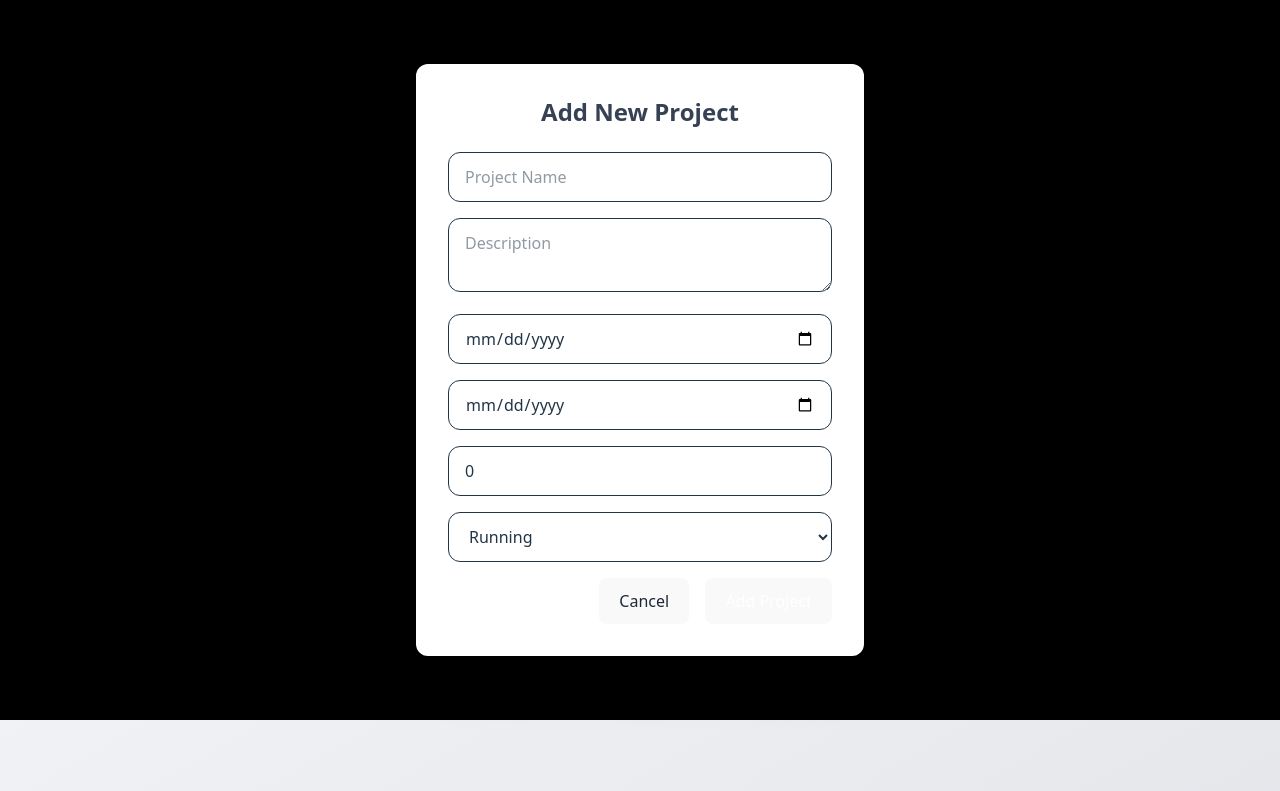
Repository: mohitagrawal0412/Workify
Page: /projects (app in client/), after clicking the first element matching `button.bg-indigo-600`
An editor plug-in stored every save of this project. The page is shown before and after the next save, followed by the edit.
The browser window is 1280 px wide. The pictures show the whole page.
The project was rebuilt for these pictures with package versions that can differ from the ones it lists, and the page was loaded fresh each time. Also part of the build but not shown: client/vite.config.js, client/src/Components/Dashboard/Dashboard.jsx, client/src/Components/Dashboard/ProjectDetails.jsx, client/src/Components/Dashboard/EntryDetails.jsx, client/src/Components/Dashboard/SubEntryDetails.jsx.

Above is the page before, as saved 2025-04-15 14:12:08.

After the next save:
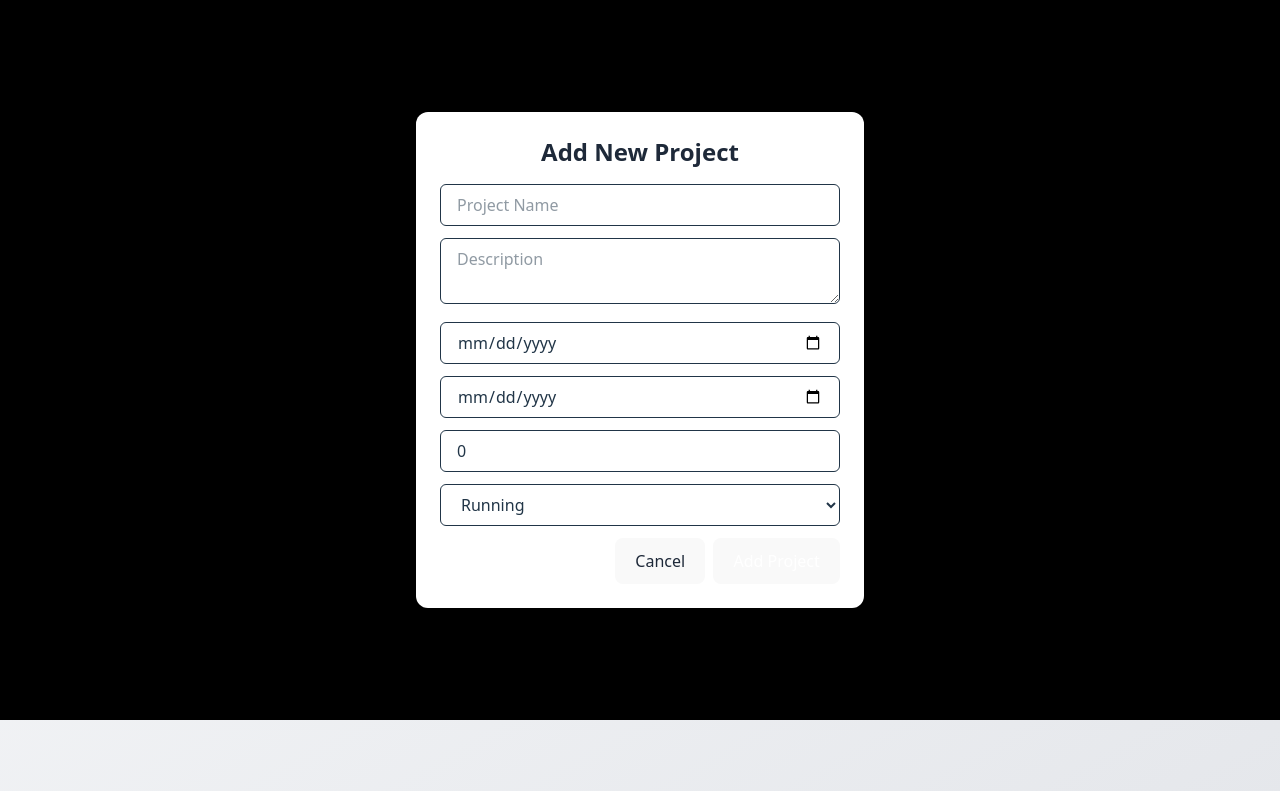
Saved 88 s later.
--- a/client/src/Components/Dashboard/AllProjects.jsx
+++ b/client/src/Components/Dashboard/AllProjects.jsx
@@ -173,9 +173,9 @@ const AllProjects = () => {
 
             {/* Add Project Modal */}
             {isModalOpen && (
-                <div className="fixed inset-0 bg-black bg-opacity-50 flex justify-center items-center z-50 transition-all">
-                    <div className="bg-white rounded-xl shadow-2xl p-8 w-full max-w-md relative transform transition-all duration-500 ease-in-out">
-                        <h2 className="text-2xl font-semibold mb-6 text-center text-gray-700">Add New Project</h2>
+                <div className="fixed inset-0 bg-black bg-opacity-40 flex justify-center items-center z-50">
+                    <div className="bg-white rounded-xl shadow-xl p-6 w-full max-w-md relative backdrop-blur-lg">
+                        <h2 className="text-2xl font-semibold mb-4 text-center text-gray-800">Add New Project</h2>
 
                         <input
                             type="text"
@@ -183,58 +183,58 @@ const AllProjects = () => {
                             placeholder="Project Name"
                             value={formData.projectName}
                             onChange={handleChange}
-                            className="w-full mb-4 px-4 py-3 border rounded-xl focus:outline-none focus:ring-2 focus:ring-indigo-500 transition duration-300"
+                            className="w-full mb-3 px-4 py-2 border rounded-md focus:outline-none focus:ring-2 focus:ring-indigo-500"
                         />
                         <textarea
                             name="description"
                             placeholder="Description"
                             value={formData.description}
                             onChange={handleChange}
-                            className="w-full mb-4 px-4 py-3 border rounded-xl focus:outline-none focus:ring-2 focus:ring-indigo-500 transition duration-300"
+                            className="w-full mb-3 px-4 py-2 border rounded-md focus:outline-none focus:ring-2 focus:ring-indigo-500"
                         />
                         <input
                             type="date"
                             name="dateStarted"
                             value={formData.dateStarted}
                             onChange={handleChange}
-                            className="w-full mb-4 px-4 py-3 border rounded-xl focus:outline-none focus:ring-2 focus:ring-indigo-500 transition duration-300"
+                            className="w-full mb-3 px-4 py-2 border rounded-md focus:outline-none focus:ring-2 focus:ring-indigo-500"
                         />
                         <input
                             type="date"
                             name="deadline"
                             value={formData.deadline}
                             onChange={handleChange}
-                            className="w-full mb-4 px-4 py-3 border rounded-xl focus:outline-none focus:ring-2 focus:ring-indigo-500 transition duration-300"
+                            className="w-full mb-3 px-4 py-2 border rounded-md focus:outline-none focus:ring-2 focus:ring-indigo-500"
                         />
                         <input
                             type="number"
                             name="totalSpentTime"
                             value={formData.totalSpentTime}
                             onChange={handleChange}
-                            className="w-full mb-4 px-4 py-3 border rounded-xl focus:outline-none focus:ring-2 focus:ring-indigo-500 transition duration-300"
+                            className="w-full mb-3 px-4 py-2 border rounded-md focus:outline-none focus:ring-2 focus:ring-indigo-500"
                             placeholder="Total Time Spent (hrs)"
                         />
                         <select
                             name="status"
                             value={formData.status}
                             onChange={handleChange}
-                            className="w-full mb-4 px-4 py-3 border rounded-xl focus:outline-none focus:ring-2 focus:ring-indigo-500 transition duration-300"
+                            className="w-full mb-3 px-4 py-2 border rounded-md focus:outline-none focus:ring-2 focus:ring-indigo-500"
                         >
                             <option value="running">Running</option>
                             <option value="completed">Completed</option>
                             <option value="under seen of manager">Under Manager Review</option>
                         </select>
 
-                        <div className="flex justify-end gap-4">
+                        <div className="flex justify-end gap-2">
                             <button
                                 onClick={() => setIsModalOpen(false)}
-                                className="px-6 py-3 bg-gray-300 text-gray-800 rounded-xl hover:bg-gray-400 transition duration-200"
+                                className="px-4 py-2 bg-gray-300 text-gray-800 rounded-md hover:bg-gray-400"
                             >
                                 Cancel
                             </button>
                             <button
                                 onClick={handleAddProject}
-                                className="px-6 py-3 bg-indigo-600 text-white rounded-xl hover:bg-indigo-700 transition duration-200"
+                                className="px-4 py-2 bg-indigo-600 text-white rounded-md hover:bg-indigo-700"
                             >
                                 Add Project
                             </button>
@@ -242,6 +242,7 @@ const AllProjects = () => {
                     </div>
                 </div>
             )}
+
         </div>
     );
 };
